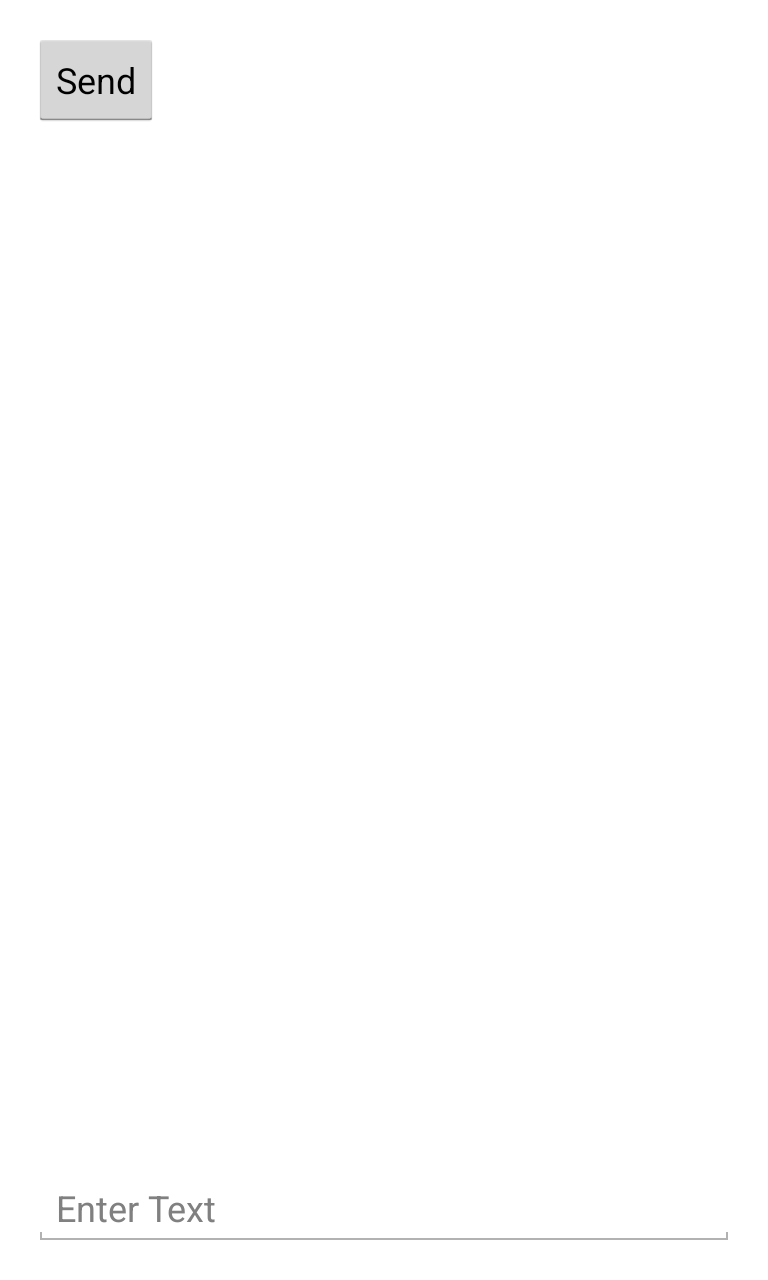
Repository: MICHAELDOVOHORG/mobiledev
Layout: Let'sChat/res/layout/activity_message.xml
These files come from the project's save history. The layout is drawn as it stood at one moment and after the next save; the edit follows.
It is drawn on a 768 x 1280 px phone screen (xhdpi) without system bars, with theme AppTheme; the app's code is not run. Lists and similar views that code fills are empty.

Above is the layout before, as saved 2014-03-07 07:43:23.

### Let'sChat/res/layout/activity_message.xml
<RelativeLayout xmlns:android="http://schemas.android.com/apk/res/android"
    xmlns:tools="http://schemas.android.com/tools"
    android:layout_width="match_parent"
    android:layout_height="match_parent"
    android:paddingBottom="@dimen/activity_vertical_margin"
    android:paddingLeft="@dimen/activity_horizontal_margin"
    android:paddingRight="@dimen/activity_horizontal_margin"
    android:paddingTop="@dimen/activity_vertical_margin"
    tools:context=".MessageActivity" >

    <TextView
        android:id="@+id/conversationWith"
        android:layout_width="wrap_content"
        android:layout_height="wrap_content" />

    <ListView
        android:id="@+id/conversationList"
        android:layout_width="wrap_content"
        android:layout_height="wrap_content"
        android:layout_below="@id/conversationWith" />

    <EditText
        android:id="@+id/typingArea"
        android:layout_width="fill_parent"
        android:layout_height="wrap_content"
        android:inputType="textMultiLine"
        android:hint="Enter Text"
        android:layout_alignParentBottom="true" />

    <Button
        android:id="@+id/sendMessage"
        android:layout_width="wrap_content"
        android:layout_height="wrap_content"
        android:text="Send" />

"

</RelativeLayout>

Loaded but not shown: Let'sChat/res/values/styles.xml (common file); Let'sChat/res/values-v11/styles.xml (common file); Let'sChat/res/values-v14/styles.xml (common file); Let'sChat/res/values/dimens.xml (common file)

After the next save:
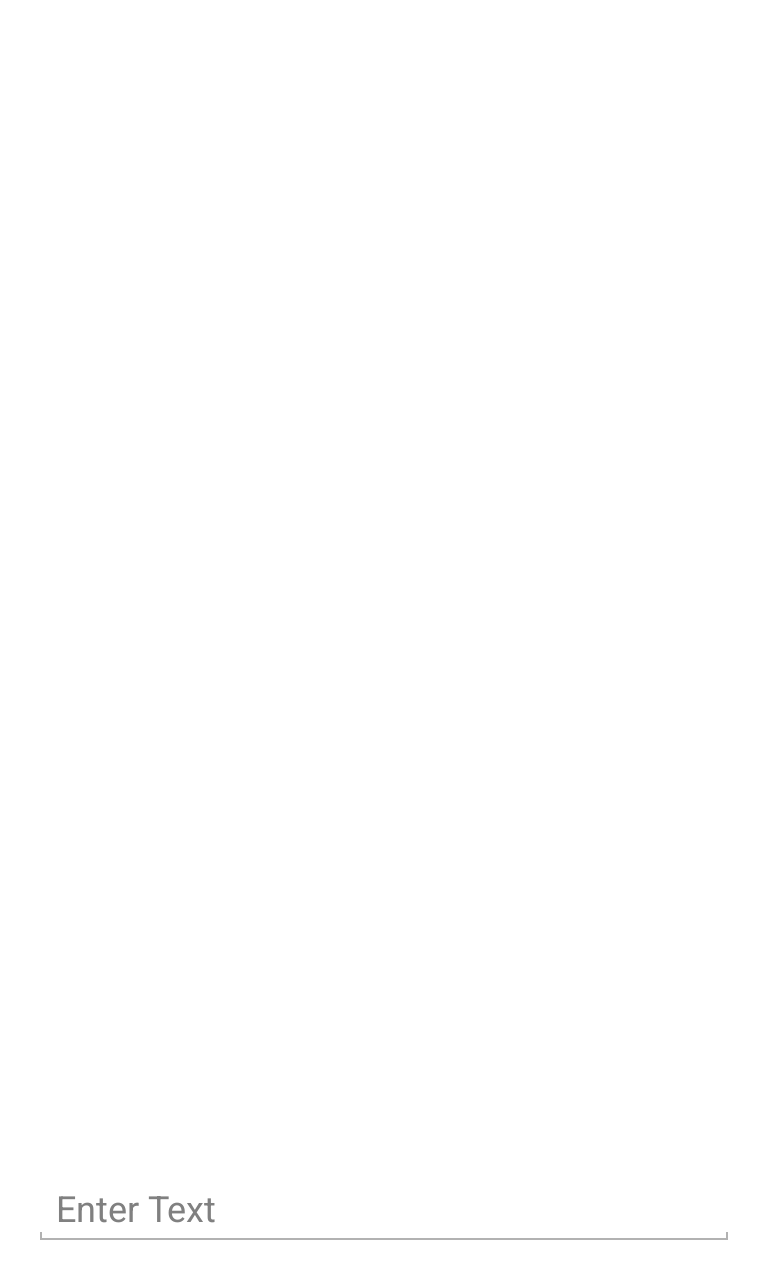
Saved 19 s later.
--- a/Let'sChat/res/layout/activity_message.xml
+++ b/Let'sChat/res/layout/activity_message.xml
@@ -31,6 +31,7 @@
         android:id="@+id/sendMessage"
         android:layout_width="wrap_content"
         android:layout_height="wrap_content"
+        android:layout_toRightOf="@id/typingArea"
         android:text="Send" />
 
 "

After the 2 saves that followed:
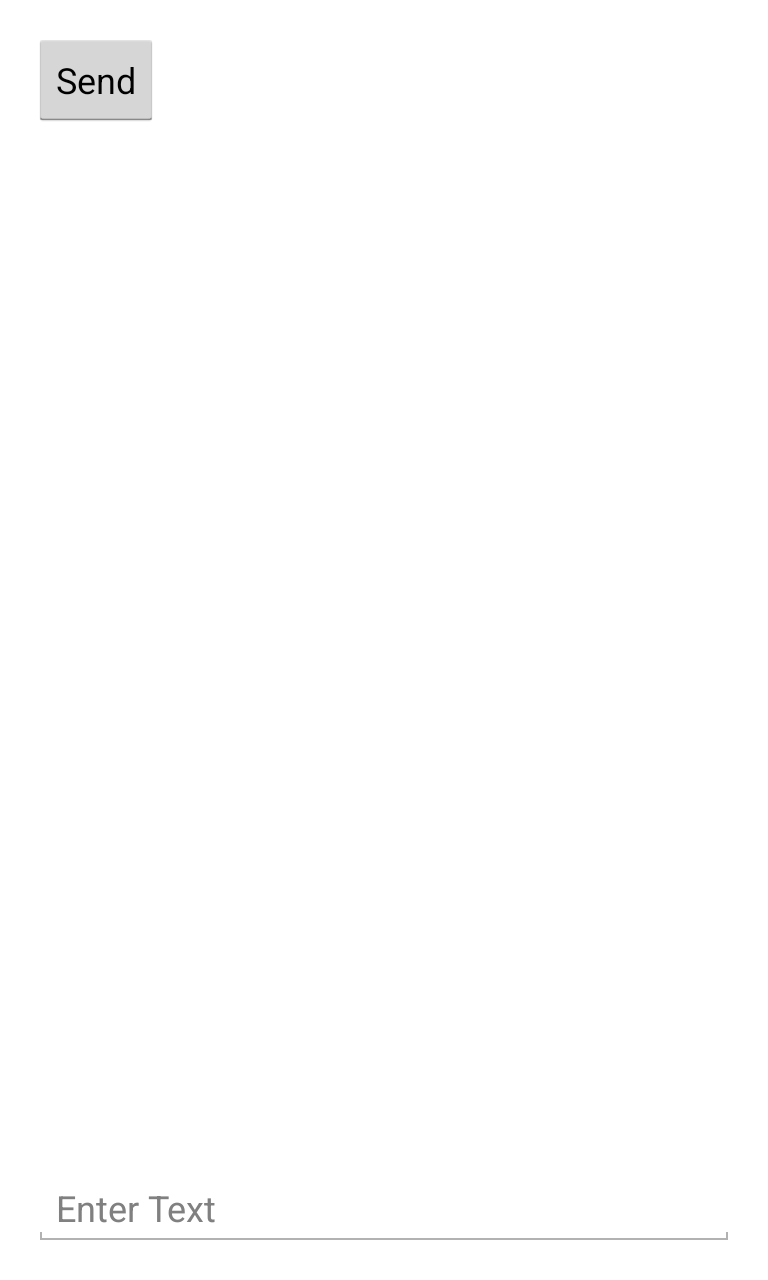
The 2 saves are shown as one change because 1 left the picture as it was.
The last was saved 47 s later.
--- a/Let'sChat/res/layout/activity_message.xml
+++ b/Let'sChat/res/layout/activity_message.xml
@@ -31,7 +31,6 @@
         android:id="@+id/sendMessage"
         android:layout_width="wrap_content"
         android:layout_height="wrap_content"
-        android:layout_toRightOf="@id/typingArea"
         android:text="Send" />
 
 "
